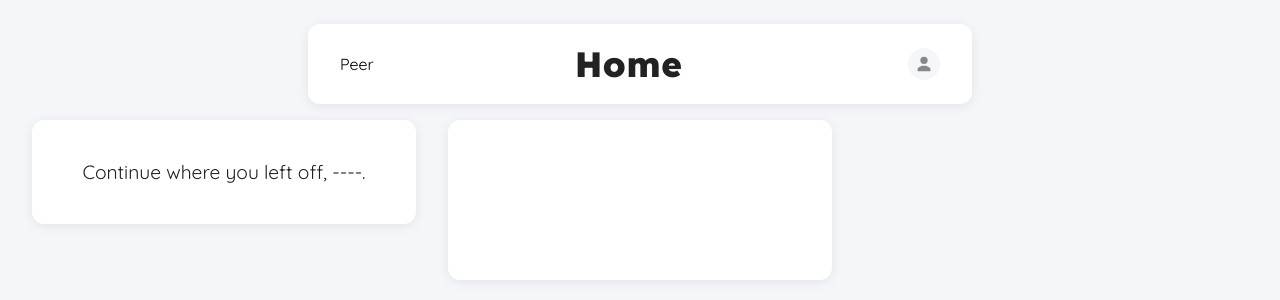
Repository: saifg123/Peer
Page: home.html
An editor plug-in stored every save of this project. The page is shown before and after the next save, followed by the edit.
The browser window is 1280 px wide. The pictures show the whole page.

Above is the page before, as saved 2025-05-24 19:55:19.

After the next save:
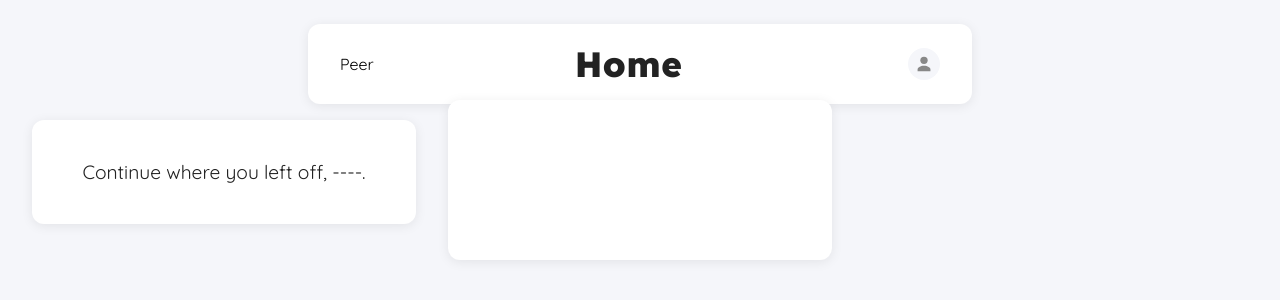
Saved 15 s later.
--- a/home.html
+++ b/home.html
@@ -113,7 +113,7 @@
             min-height: 80px;
             text-align: center;
             position: absolute;
-            top: 120px;
+            top: 100px;
             left: 400px;
             font-size: 1.2rem;
             color: #222;

After the save that followed:
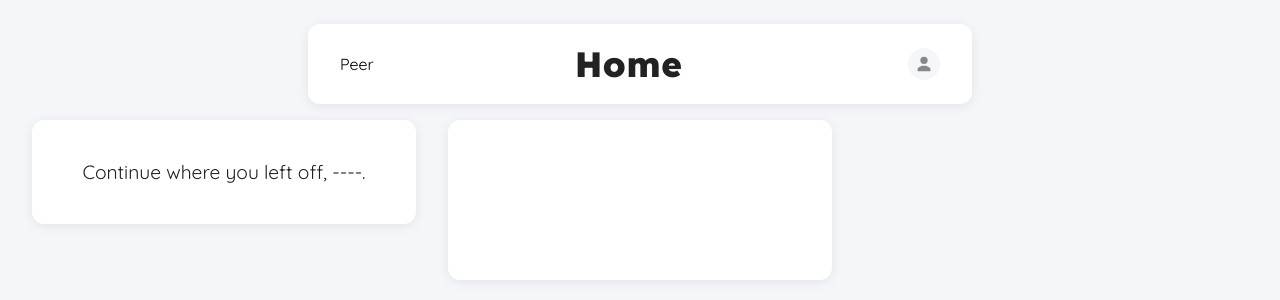
Saved 7 s later.
--- a/home.html
+++ b/home.html
@@ -113,7 +113,7 @@
             min-height: 80px;
             text-align: center;
             position: absolute;
-            top: 100px;
+            top: 120px;
             left: 400px;
             font-size: 1.2rem;
             color: #222;
